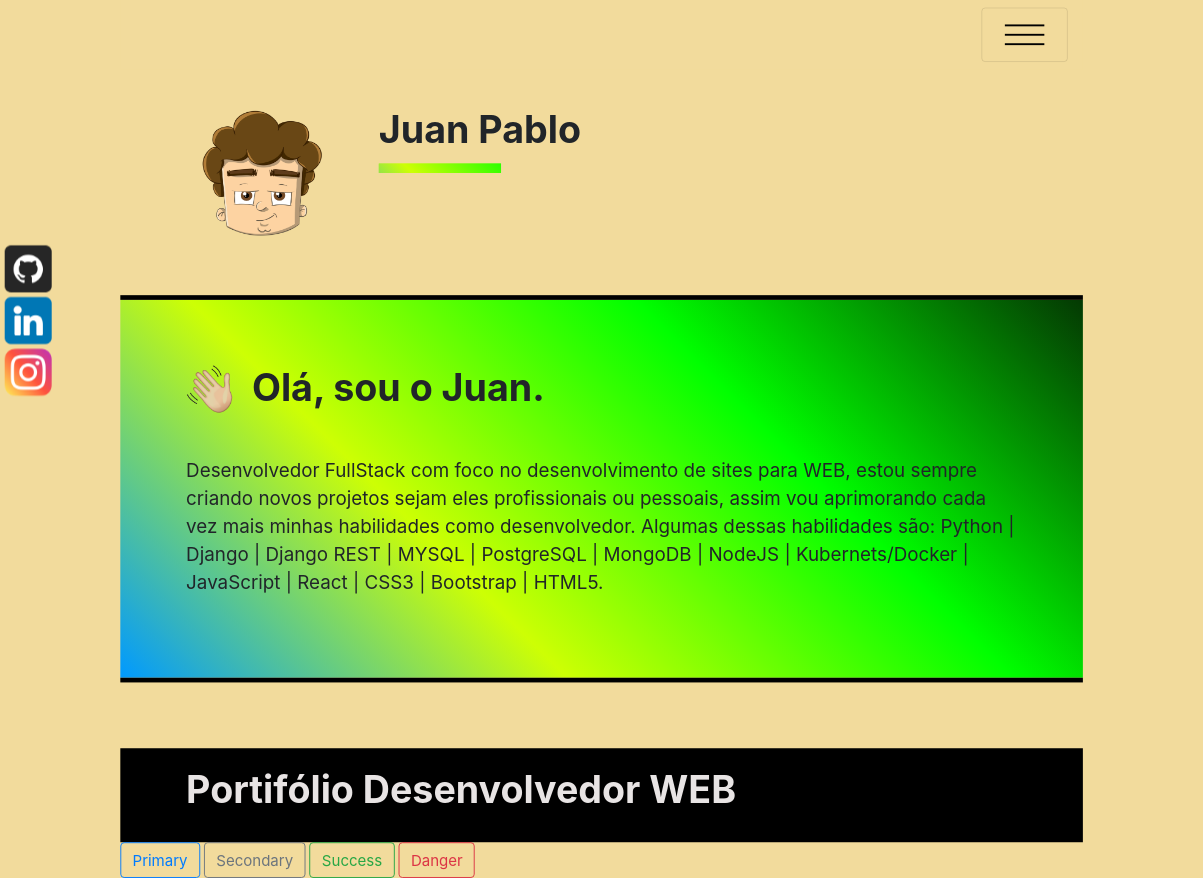
Repository: JuanPabloDS/portifolio
Page: http://localhost/
An editor plug-in stored every save of this project. The page is shown before and after the next save, followed by the edit.
The browser window is 1280 px wide. The pictures show the whole page, at 94% of full size.
The page is served by the project's application, run on Django 4.2 (manage.py). Other server files are loaded and not shown.

Above is the page before, as saved 2023-02-22 23:05:41.

### core/templates/index.html
{% extends 'base.html' %}

{% block content %}

{% include 'perfil.html' %}

{% include 'apresentacao.html' %}

{% include 'developer.html' %}

{% include 'footer.html' %}

{% endblock %}

### core/templates/base.html
{% load static %}
<!DOCTYPE html>
<html lang="pt-br">

    <head>
        <!-- Required meta tags -->
        <meta charset="UTF-8">
        <meta http-equiv="X-UA-Compatible" content="IE=edge">
        <meta name="viewport" content="width=device-width, initial-scale=1.0">
        <title>Portifólio</title>

        <!-- Bootstrap CSS -->
        <link rel="stylesheet" href="{% static 'css/bootstrap.min.css' %}">
        <link rel="stylesheet" href="{% static 'css/style.css' %}">


    </head>

    <body>
        <div class="pos-f-t">
            <nav class="navbar navbar-light menu">
              <button class="navbar-toggler" type="button" data-toggle="collapse" data-target="#navbarToggleExternalContent" aria-controls="navbarToggleExternalContent" aria-expanded="false" aria-label="Toggle navigation">
                <div class="burger"><i></i><i></i><i></i></div>
              </button>
            </nav>
            <div class="collapse" id="navbarToggleExternalContent">
              <div class="bg-dark p-4">
                <div class="menu-itens">
                  <h1>HOME</h1>
                </div>
                <div class="menu-itens">
                  <h1>HOME</h1>
                </div>
                <div class="menu-itens">
                  <h1>HOME</h1>
                </div>
                <div class="menu-itens">
                  <h1>HOME</h1>
                </div>
              </div>
            </div>
          </div>
{% block content %}
{% endblock %}

### core/templates/perfil.html
{% load static %}
<div class="perfil">
    <img src="{% static '/img/perfil/eu.png' %}" alt="">
    <div class="borda">
        <h1>Juan Pablo</h1>
    </div>
</div>

### core/templates/apresentacao.html
{% load static %}
<div class="apresentacao">
    <div class="texto">
        <div>
            <img src="{% static '/img/icons/acenar.png' %}" alt="">
            <h1>Olá, sou o Juan.</h1>
        </div>
        <div class="paragrafo">
            <p>Desenvolvedor FullStack com foco no desenvolvimento de sites para WEB, estou sempre criando
            novos projetos sejam eles profissionais ou pessoais, assim vou aprimorando cada vez
            mais minhas habilidades como desenvolvedor. Algumas dessas habilidades são:
            Python | Django | Django REST | MYSQL | PostgreSQL | MongoDB | NodeJS | Kubernets/Docker |
            JavaScript | React | CSS3 | Bootstrap | HTML5.   </p>
        </div>
    </div>
    <div class="icons">
        <img src="{% static '/img/icons/github.png' %}" alt="">
        <img src="{% static '/img/icons/linkedin.png' %}" alt="">
        <img src="{% static '/img/icons/instagram.png' %}" alt="">
    </div>
</div>

### core/templates/developer.html
{% load static %}
<div class="dev">
    <div class="dev-1">
        <h1>Portifólio Desenvolvedor WEB</h1>
    </div>
    <div class="dev-menu">
        <button type="button" class="btn btn-outline-primary">Primary</button>
        <button type="button" class="btn btn-outline-secondary">Secondary</button>
        <button type="button" class="btn btn-outline-success">Success</button>
        <button type="button" class="btn btn-outline-danger">Danger</button>
    </div>
</div>

### core/templates/footer.html
{% load static %}
<!-- jQuery first, then Tether, then Bootstrap JS. -->
<script src="{% static 'js/jquery.js' %}"></script>
<script src="{% static 'js/bootstrap.js' %}" ></script>
<script src="{% static 'js/bootstrap.min.js' %}" ></script>
<script src="{% static 'js/bootstrap.bundle.js' %}" ></script>
<script src="{% static 'js/bootstrap.bundle.min.js' %}" ></script>
</body>
</html>

### core/views.py
from django.views.generic import TemplateView

class IndexView(TemplateView):
    template_name: str = 'index.html'

### portifolio/urls.py
"""portifolio URL Configuration

The `urlpatterns` list routes URLs to views. For more information please see:
    https://docs.djangoproject.com/en/4.1/topics/http/urls/
Examples:
Function views
    1. Add an import:  from my_app import views
    2. Add a URL to urlpatterns:  path('', views.home, name='home')
Class-based views
    1. Add an import:  from other_app.views import Home
    2. Add a URL to urlpatterns:  path('', Home.as_view(), name='home')
Including another URLconf
    1. Import the include() function: from django.urls import include, path
    2. Add a URL to urlpatterns:  path('blog/', include('blog.urls'))
"""
from django.contrib import admin
from django.urls import path, include

from django.conf.urls.static import static
from django.conf import settings

urlpatterns = [
    path('admin/', admin.site.urls),
    path('', include('core.urls')),
] + static(settings.MEDIA_URL, document_root=settings.MEDIA_ROOT)

### core/urls.py
from django.urls import path
from .views import IndexView

urlpatterns = [
    path('', IndexView.as_view(), name='index')
]

### core/static/css/style.css
/*! Menu inicial */

body{
    width: 80%;
    margin: auto;
    background-color: #f2db9c;
}

@media screen and (max-width: 600px) {
    body{
        width: 100%;
        margin: auto;
    }

}

.burger {

    z-index: 9998;
    cursor: pointer;
    padding: 5px 4px;
    background-color: transparent;
}

.burger i {
    display: block;
    width: 42px;
    height: 2px;
    margin: 8px;
    background-color: black;
}

.burger:active,
.burger:focus {
 outline-color:0;
 outline-style:none;
 outline-width:0
}
.burger i {
 display:block;
 width:42px;
 height:2px;
 margin:8px;
 background-color:black
}

.burger i:nth-child(n) {
 -moz-transition:-moz-transform .45s cubic-bezier(.43,.77,.15,1.5),background .3s ease;
 -o-transition:-o-transform .45s cubic-bezier(.43,.77,.15,1.5),background .3s ease;
 -webkit-transition:-webkit-transform .45s cubic-bezier(.43,.77,.15,1.5),background .3s ease;
 transition:transform .45s cubic-bezier(.43,.77,.15,1.5),background .3s ease
}
.burger.hover i:nth-child(1) {
 -moz-transform:translate3d(0,-4px,0);
 -ms-transform:translate3d(0,-4px,0);
 -webkit-transform:translate3d(0,-4px,0);
 transform:translate3d(0,-4px,0)
}
.burger.hover i:nth-child(3) {
 -moz-transform:translate3d(0,4px,0);
 -ms-transform:translate3d(0,4px,0);
 -webkit-transform:translate3d(0,4px,0);
 transform:translate3d(0,4px,0)
}
.burger.st-1 {
 animation:rotate-back-in .8s cubic-bezier(.2,.86,.35,1) forwards;
 -webkit-animation:rotate-back-in .8s cubic-bezier(.2,.86,.35,1) forwards
}
.burger.st-1 i:nth-child(1) {
 -moz-transform:translate3d(0,9px,0);
 -ms-transform:translate3d(0,9px,0);
 -webkit-transform:translate3d(0,9px,0);
 transform:translate3d(0,9px,0)
}
.burger.st-1 i:nth-child(3) {
 -moz-transform:translate3d(0,-9px,0);
 -ms-transform:translate3d(0,-9px,0);
 -webkit-transform:translate3d(0,-9px,0);
 transform:translate3d(0,-9px,0)
}
.burger.st-2 {
 animation:rotate-back-out .85s cubic-bezier(.2,.86,.35,1) forwards;
 -webkit-animation:rotate-back-out .85s cubic-bezier(.2,.86,.35,1) forwards
}
.burger.st-2 i:nth-child(1) {
 -moz-transform:translate3d(0,10px,0) rotate(45deg) scale(1.5);
 -ms-transform:translate3d(0,10px,0) rotate(45deg) scale(1.5);
 -webkit-transform:translate3d(0,10px,0) rotate(45deg) scale(1.5);
 transform:translate3d(0,10px,0) rotate(45deg) scale(1.5)
}
.burger.st-2 i:nth-child(2) {
 opacity:0
}
.burger.st-2 i:nth-child(3) {
 -moz-transform:translate3d(0,-10px,0) rotate(-45deg) scale(1.5);
 -ms-transform:translate3d(0,-10px,0) rotate(-45deg) scale(1.5);
 -webkit-transform:translate3d(0,-10px,0) rotate(-45deg) scale(1.5);
 transform:translate3d(0,-10px,0) rotate(-45deg) scale(1.5)
}
.burger.st-2.hover i:nth-child(1) {
 -moz-transform:translate3d(0,10px,0) rotate(50deg) scale(1.5);
 -ms-transform:translate3d(0,10px,0) rotate(50deg) scale(1.5);
 -webkit-transform:translate3d(0,10px,0) rotate(50deg) scale(1.5);
 transform:translate3d(0,10px,0) rotate(50deg) scale(1.5)
}
.burger.st-2.hover i:nth-child(3) {
 -moz-transform:translate3d(0,-10px,0) rotate(-50deg) scale(1.5);
 -ms-transform:translate3d(0,-10px,0) rotate(-50deg) scale(1.5);
 -webkit-transform:translate3d(0,-10px,0) rotate(-50deg) scale(1.5);
 transform:translate3d(0,-10px,0) rotate(-50deg) scale(1.5)
}

.menu{
    height: 20%;
    background-color: #f2db9c;
    color: black;
}

.menu button{
    position: relative;
    right: inherit;
    float: right;
    margin-left: auto;
    color: black;
}

.menu span {
    color: black;
}



.menu-itens {
    height: 80px;
    background-color: blue;
    text-align: center;
    padding-top: 13px;
    margin-bottom: 10px;
    font-size: 50%;
}

@media screen and (max-width: 600px){
    .menu button{
        position: relative;
        padding-top: 0;
        right: inherit;
        padding-right: 0;
        padding-left: 5px;
        padding-bottom: 0;
        width: 60px;
        height: 50px;
    }

    .menu-itens {
        height: 30px;
        background-color: blue;
    }

    .menu-itens h1 {
        font-size: 150%;
        line-height: 0.2;
    }

    .burger i {
        width:25px;
        height:2px;
       }
}

/*! Fim Menu inicial */

/*! Perfil */

.perfil{
    padding-top: 40px;
    padding-left: 80px;
    margin-bottom: 200px;
}

.perfil img {
    width: 140px;
    height: 140px;
    float: left;
}

.perfil h1 {
    margin-left: 50px;
    position: absolute;
    font-weight: bold;


}
.borda{
    position: relative;
    padding-left: 145px;
}

.borda::before, .borda::after{
    content: '';
    position: absolute;
    z-index: -1;
    width: calc(130px);
    height: calc(10px);
    top: 60px;
    background: linear-gradient(45deg, #0099ff, #cdff04, #00ff00, #043903 );
    margin-left: 50px;
    background-size: 300%;
    animation: AnimarBorda 8s linear infinite;

}

@keyframes AnimarBorda {
    0% {
        background-position: 0;
    }
    100% {
        background-position: 300%;
    }
}

@media screen and (max-width: 900px) {
    .perfil {
        padding-left: 20px;
        margin-bottom: 100px;

    }
    .perfil img {
        width: 60px;
        height: 60px;
    }
    .perfil h1 {
        font-size: 30px;
    }

    .borda{
        padding-left: 30px;
    }

    .borda::before, .borda::after{
        margin-left: 20px;
        top: 40px;

    }

}

/*! Fim Perfil */

/*! Apresentaçao */

.apresentacao{
    background-color: #f2e5c0;
    padding: 70px;
    position: relative;
    border-bottom: 5px solid black;
    border-top: 5px solid black;
    background: linear-gradient(45deg,#0099ff, #cdff04, #00ff00, #043903
    );
    animation-name: ring;
    animation-duration: 1000ms;
    animation-timing-function: linear;
    animation-iteration-count: infinite;
    display: flex;
    justify-content: center;
    align-items: center;

@keyframes ring {
    0%{
        tranform:rotate(-360deg)
    }
}

}

.texto {
    display: flex;
    flex-direction: column ;
    flex-wrap: wrap;
}

.texto h1 {
    margin-left: 20px;
    font-weight: bold;
    float: left;
    align-self: stretch;
}

.texto img {
    width: 50px;
    height: 50px;
    float: left;
}

.paragrafo p {
    margin-top: 40px;
    font-size: 20px;
}

.icons{
    position: fixed;
    padding-bottom: 23%;
    padding-left: 5px;
    bottom: 0;
    left: 0;
    width: 50px;
}

.icons img{
    width: 50px;
    height: 50px;
    margin-bottom: 5px;
}

@media screen and (max-width: 900px) {
    .icons{
        width: 20px;
    }

    .icons img{
        width: 20px;
        height: 20px;
        margin-bottom: 5px;
    }

    .texto h1 {
        font-size: 20px;
    }

    .texto img {
        width: 25px;
        height: 25px;
    }

    .paragrafo p {
        margin-top: 20px;
        font-size: 15px;
    }

}

/*! Fim Apresetação */

/*! Developer */

.dev-1 {
    margin-top: 70px;
    height: 100px;
    background-color: black;
    padding-top: 20px;
    padding-left: 70px;
}

.dev-1 h1 {
    color: rgb(232, 228, 228);
    font-weight: bold;

}

Loaded but not shown: core/static/css/bootstrap.min.css (library); core/static/js/jquery.js (library); core/static/js/bootstrap.js (library); core/static/js/bootstrap.min.js (library); core/static/js/bootstrap.bundle.js (library); core/static/js/bootstrap.bundle.min.js (library)

After the next save:
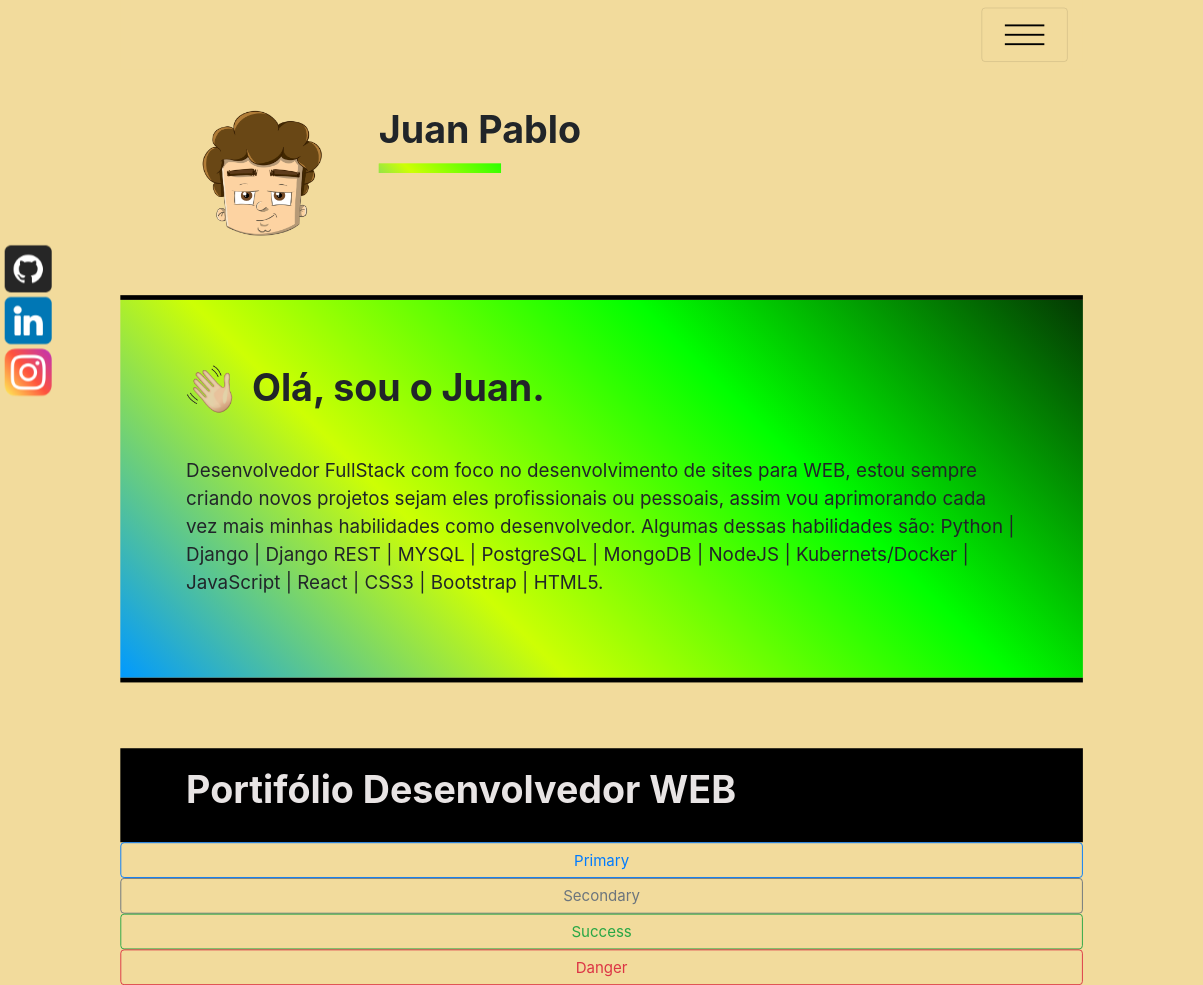
Saved 2 min 57 s later.
--- a/core/static/css/style.css
+++ b/core/static/css/style.css
@@ -355,3 +355,9 @@ body{
     font-weight: bold;
 
 }
+
+.dev-menu {
+    display: flex;
+    flex-direction: column ;
+    flex-wrap: wrap;
+}
